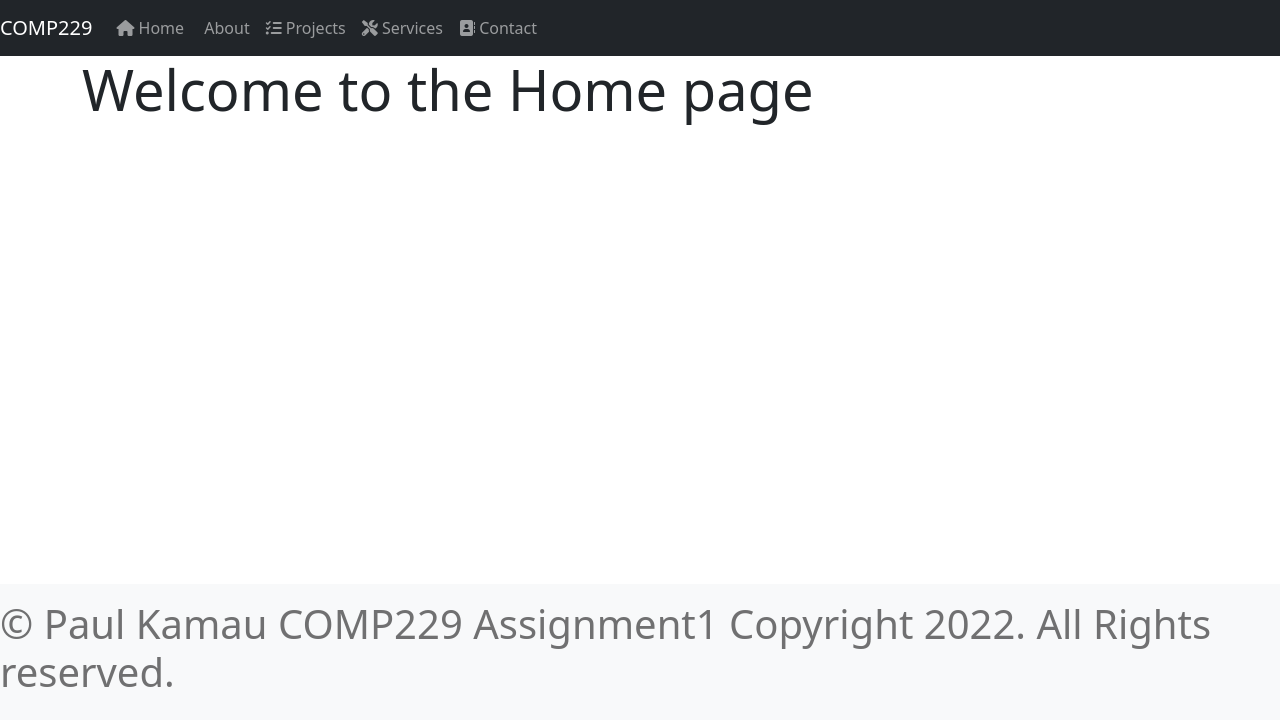
Repository: kiruriluap/COMP229-M2022-Labs
Page: http://localhost/
These files come from the project's save history. The page is drawn as it stood at one moment and after the next save; the edit follows.
The browser window is 1280 px wide. The pictures show the whole page.
The page is served by the project's Node server (server.js). Other server files are loaded and not shown.

Above is the page before, as saved 2022-05-28 18:12:26.

### week3-6 Partials - Copy - Copy/views/index.ejs
<!DOCTYPE html>
<html lang="en">
<head>
  <meta charset="UTF-8">
  <meta http-equiv="X-UA-Compatible" content="IE=edge">
  <meta name="viewport" content="width=device-width, initial-scale=1.0">
  <title><%= title %></title>
<!-- CSS Section -->
<link rel="stylesheet" href="/bootstrap/dist/css/bootstrap.min.css">
<link rel="stylesheet" href="/@fortawesome/fontawesome-free/css/all.min.css">
  <link rel='stylesheet' href='/content/app.css' />
</head>
<body>
  <!-- Main Navigator -->
  <nav class="navbar navbar-expand-lg navbar-dark bg-dark">
    <!-- <div class="container-fluid"> -->
      <a class="navbar-brand" href="/">COMP229</a>
      <button class="navbar-toggler" type="button" data-bs-toggle="collapse" data-bs-target="#navbarSupportedContent" aria-controls="navbarSupportedContent" aria-expanded="false" aria-label="Toggle navigation">
        <span class="navbar-toggler-icon"></span>
      </button>

      <div class="collapse navbar-collapse" id="navbarSupportedContent">
        <ul class="navbar-nav ml-auto">

          <% if(title == "Home"){%>
            <li class="nav-item active">
          <%}
          else{%>
            <li class="nav-item ">
          <%} %>
            <a class="nav-link " href="/home"><i class="fa-solid fa-house"></i> Home </a>
          </li>

          <% if(title == "About"){%>
            <li class="nav-item active">
          <%}
          else{%>
            <li class="nav-item ">
          <%} %>
            <a class="nav-link " href="/about"><i class="fa-solid fa-golf-flag-hole"></i> About </a>
          </li>

          <% if(title == "Projects"){%>
            <li class="nav-item active">
          <%}
          else{%>
            <li class="nav-item ">
          <%} %>
            <a class="nav-link " href="Projects"><i class="fa-solid fa-list-check"></i> Projects </a>
          </li>

          <% if(title == "Services"){%>
            <li class="nav-item active">
          <%}
          else{%>
            <li class="nav-item ">
          <%} %>
            <a class="nav-link " href="/services"><i class="fa-solid fa-screwdriver-wrench"></i> Services </a>
          </li>

          <% if(title == "Contact"){%>
            <li class="nav-item active">
          <%}
          else{%>
            <li class="nav-item ">
          <%} %>
            <a class="nav-link " href="contact"><i class="fa-solid fa-address-book"></i> Contact </a>
          </li>

    </div>
  </nav>

  <!-- Main Content -->
  <main class="container">
    <div class="jumbotron">
      <h1 class="display-4">Welcome to the <%= title %> page</h1>
      </div>
  </main>
<!--Bottom Nav-->
<footer>
  <nav class="navbar fixed-bottom navbar-light bg-light">
  <h6 class="display-6 navbar-text">&copy; Paul Kamau COMP229 Assignment1 Copyright 2022. All Rights reserved.</h6>
</nav>
  </footer>

<!-- Script Section -->
<script src="/jquery/dist/jquery.min.js"></script>
<script src="/bootstrap/dist/js/bootstrap.min.js"></script>
    <script src="/Scripts/app.js"></script>
</body>
</html>

### week3-6 Partials - Copy - Copy/server.js
#!/usr/bin/env node

/**
 * Module dependencies.
 */

var app = require('./app');
var debug = require('debug')('week3-2:server');
var http = require('http');

/**
 * Get port from environment and store in Express.
 */

var port = normalizePort(process.env.PORT || '3000');
app.set('port', port);

/**
 * Create HTTP server.
 */

var server = http.createServer(app);

/**
 * Listen on provided port, on all network interfaces.
 */

server.listen(port);
server.on('error', onError);
server.on('listening', onListening);

/**
 * Normalize a port into a number, string, or false.
 */

function normalizePort(val) {
  var port = parseInt(val, 10);

  if (isNaN(port)) {
    // named pipe
    return val;
  }

  if (port >= 0) {
    // port number
    return port;
  }

  return false;
}

/**
 * Event listener for HTTP server "error" event.
 */

function onError(error) {
  if (error.syscall !== 'listen') {
    throw error;
  }

  var bind = typeof port === 'string'
    ? 'Pipe ' + port
    : 'Port ' + port;

  // handle specific listen errors with friendly messages
  switch (error.code) {
    case 'EACCES':
      console.error(bind + ' requires elevated privileges');
      process.exit(1);
      break;
    case 'EADDRINUSE':
      console.error(bind + ' is already in use');
      process.exit(1);
      break;
    default:
      throw error;
  }
}

/**
 * Event listener for HTTP server "listening" event.
 */

function onListening() {
  var addr = server.address();
  var bind = typeof addr === 'string'
    ? 'pipe ' + addr
    : 'port ' + addr.port;
  debug('Listening on ' + bind);
}

### week3-6 Partials - Copy - Copy/routes/index.js
var express = require('express');
var router = express.Router();

/* GET Home page. */
router.get('/', function(req, res, next) {
  res.render('index', { title: 'Home' });
});

/* GET Home page. */
router.get('/home', function(req, res, next) {
  res.render('index', { title: 'Home' });
});

/* GET About Me page. */
router.get('/about', function(req, res, next) {
  res.render('index', { title: 'About' });
});

/* GET Projects page. */
router.get('/projects', function(req, res, next) {
  res.render('index', { title: 'Projects' });
});

/* GET Services page. */
router.get('/services', function(req, res, next) {
  res.render('index', { title: 'Services' });
});

/* GET Contact page. */
router.get('/Contact', function(req, res, next) {
  res.render('index', { title: 'Contact' });
});

module.exports = router;

### week3-6 Partials - Copy - Copy/app.js
//installed 3rd party packages
let createError = require('http-errors');
let express = require('express');
let path = require('path');
let cookieParser = require('cookie-parser');
let logger = require('morgan');

let indexRouter = require('./routes/index');
let usersRouter = require('./routes/users');

let app = express();

// view engine setup
app.set('views', path.join(__dirname, 'views'));
app.set('view engine', 'ejs');//express -e

app.use(logger('dev'));
app.use(express.json());
app.use(express.urlencoded({ extended: false }));
app.use(cookieParser());
app.use(express.static(path.join(__dirname, 'public')));
app.use(express.static(path.join(__dirname, 'node_modules')));

app.use('/', indexRouter);
app.use('/users', usersRouter);

// catch 404 and forward to error handler
app.use(function(req, res, next) {
  next(createError(404));
});

// error handler
app.use(function(err, req, res, next) {
  // set locals, only providing error in development
  res.locals.message = err.message;
  res.locals.error = req.app.get('env') === 'development' ? err : {};

  // render the error page
  res.status(err.status || 500);
  res.render('error');
});

module.exports = app;

### week3-6 Partials - Copy - Copy/public/Scripts/app.js
//IIFE --Immedistely involved function expression
(function(){

function start()
{
console.log("App started........");
}

window.addEventListener("load", start);

})();

### week3-6 Partials - Copy - Copy/public/Content/app.css
/* custom css goes here */

After the next save:
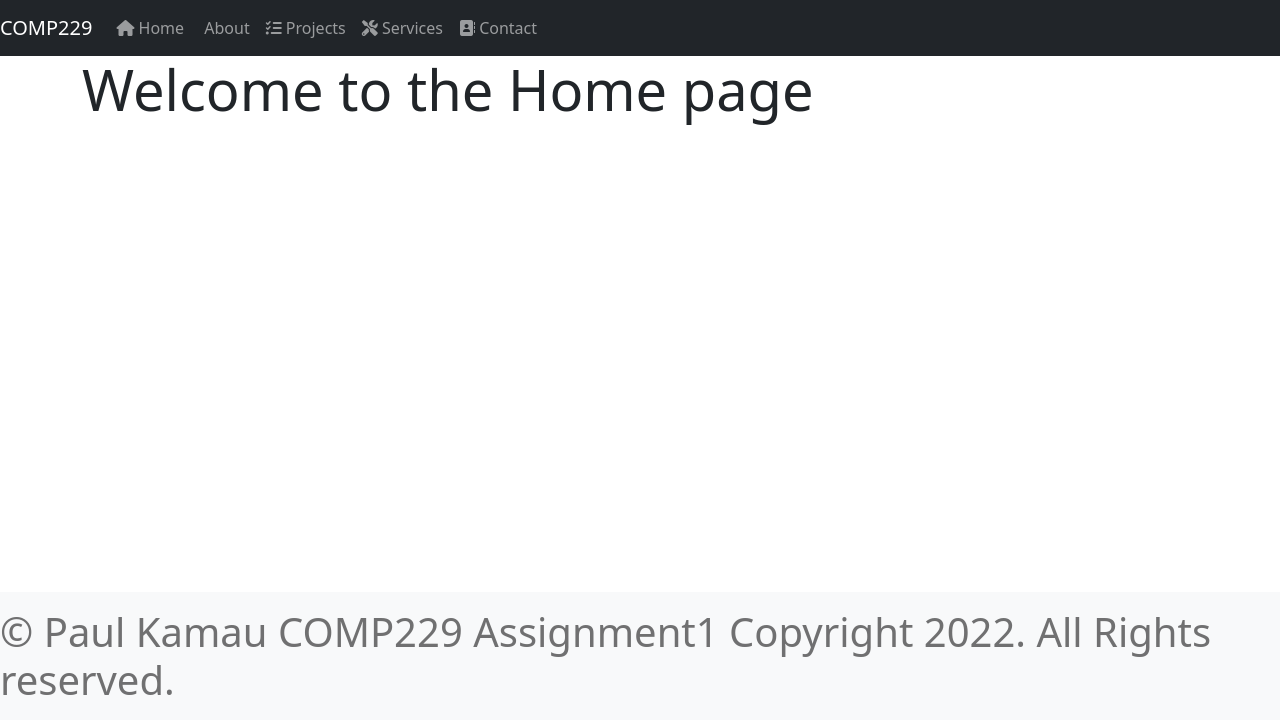
Saved 34 s later.
--- a/week3-6 Partials - Copy - Copy/views/index.ejs
+++ b/week3-6 Partials - Copy - Copy/views/index.ejs
@@ -79,7 +79,7 @@
 <!--Bottom Nav-->
 <footer>
   <nav class="navbar fixed-bottom navbar-light bg-light">
-  <h6 class="display-6 navbar-text">&copy; Paul Kamau COMP229 Assignment1 Copyright 2022. All Rights reserved.</h6>
+  <h8 class="display-6 navbar-text">&copy; Paul Kamau COMP229 Assignment1 Copyright 2022. All Rights reserved.</h8>
 </nav>
   </footer>
 
